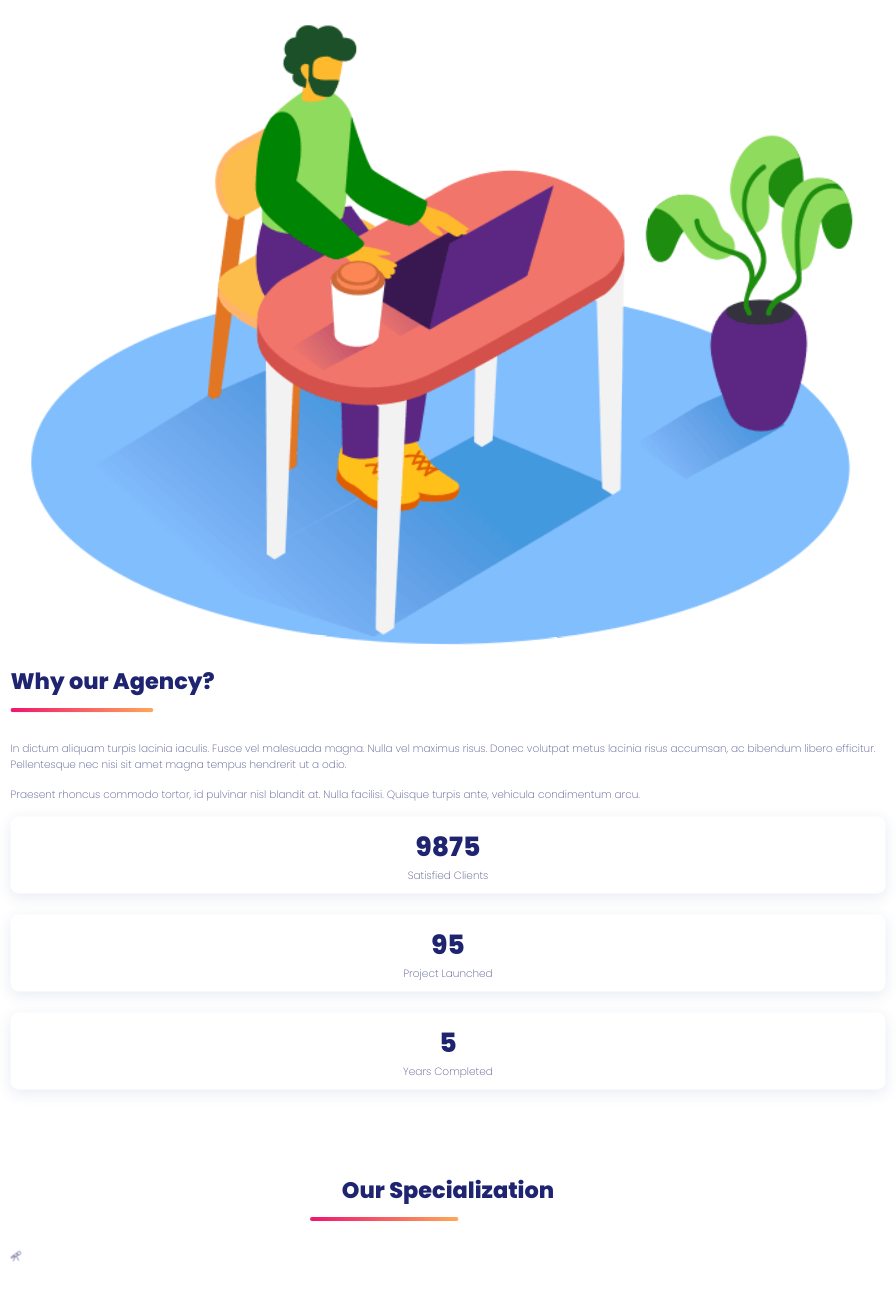
Repository: OmniaRafat232111121/agency
Page: index.html
An editor plug-in stored every save of this project. The page is shown before and after a run of saves, followed by the edit.
The browser window is 1280 px wide. The pictures show the part of the page from y = 1468 to 3388 px (the page is 3338 px tall before and 3388 px after), at 70% of full size.

Above is the page before, as saved 2022-10-28 23:23:27.

### index.html
<!DOCTYPE html>
<html lang="en">
<head>
    <meta charset="UTF-8">
    <meta http-equiv="X-UA-Compatible" content="IE=edge">
    <meta name="viewport" content="width=device-width, initial-scale=1.0">
    <title>Desinic</title>
    <!--Googlefont-->
    <link rel="preconnect" href="https://fonts.googleapis.com">
<link rel="preconnect" href="https://fonts.gstatic.com" crossorigin>
<link href="https://fonts.googleapis.com/css2?family=Be+Vietnam+Pro:wght@100&family=Montserrat:wght@400;700&family=Nunito:wght@300&family=Poppins:ital,wght@0,200;0,800;0,900;1,100;1,200&family=Source+Sans+Pro:ital,wght@0,700;1,600&family=Ubuntu:ital,wght@0,300;1,300&display=swap" rel="stylesheet">
    <!--css-->
<link rel="stylesheet" href="./assets/css/style.css">
</head>
<body>
   <!--header-->
   <header class="header active">
    <div class="container">
        <div class="overlay" data-overlay></div>
        <a href="#">
            <h1 class="logo">Desinic</h1>

        </a>
        <!--navbar-->
        <nav class="navbar" data-navbar>

        <div class="navbar-top">
        <a  href="#" class="logo">Desinic</a>
        <button class="nav-close-btn" aria-label="Close Menu" data-nav-close-btn>
           <ion-icon name="close-outline"></ion-icon>
        </button>

        </div>

            <ul class="navbar-list">
                <li class="navbar-item">
                    <a href="#home" class="navbar-link" data-navbar-link>Home</a>
                </li>
                <li class="navbar-item">
                    <a href="#about" class="navbar-link"data-navbar-link>About</a>
                </li>
                <li class="navbar-item">
                    <a href="#services" class="navbar-link"data-navbar-link>Services</a>
                </li>
                <li class="navbar-item">
                    <a href="#features" class="navbar-link"data-navbar-link>Features</a>
                </li>
                <li class="navbar-item">
                    <a href="#blog" class="navbar-link"data-navbar-link>Blog</a>
                </li>
                <li class="navbar-item">
                    <a href="#contact" class="navbar-link"data-navbar-link>Contact us</a>
                </li>
            </ul>

        </nav>


            <a class="btn">
 <ion-icon name="chevron-forward-outline" aria-hidden="true"></ion-icon>
    <span>Get A Quote</span>
            </a>

            <button class="nav-btn-open" aria-label="Open Menu" data-nav-open-btn>
                <ion-icon name="menu-outline"></ion-icon>
            </button>


    </div>

   </header>
<main>
    <article>
        <!--Hero-->
        <section class="hero" id="home">
            <div class="container">

              <div class="hero-content">

                <p class="hero-subtitle">We Are Product Designer From UK</p>

                <h2 class="h2 hero-title">We Design Interfaces That Users Love</h2>

                <p class="hero-text">
                  Morbi sed lacus nec risus finibus feugiat et fermentum nibh. Pellentesque vitae ante at elit fringilla ac
                  at purus.
                </p>

                <button class="button">Learn More</button>

              </div>

              <figure class="hero-banner">
                <img src="./assets/images/hero-banner.png" width="694" height="529" loading="lazy" alt="hero-banner"
                  class="w-100 banner-animation">
              </figure>

            </div>
          </section>
        <!--about-->
        <section class="section about" id="about">
            <div class="container">
                <figure>
                    <img src="./assets/images/about-banner.png" class="w-100 banner-animation" width="700" height="532" alt="aboutbanner" srcset="">
                </figure>
                <div class="about-content">
                     <h2 class=" h2 section-title underline">Why our Agency?</h2>
                     <p class="about-text">
                        In dictum aliquam turpis lacinia iaculis. Fusce vel malesuada magna. Nulla vel maximus risus. Donec
                        volutpat metus
                        lacinia risus accumsan, ac bibendum libero efficitur. Pellentesque nec nisi sit amet magna tempus
                        hendrerit ut a odio.
                      </p>

                      <p class="about-text">
                        Praesent rhoncus commodo tortor, id pulvinar nisl blandit at. Nulla facilisi. Quisque turpis ante,
                        vehicula condimentum
                        arcu.
                      </p>
                      <ul class="stats-list">
                        <li class="stats-card">
                            <p class="h3 stats-title">9875</p>
                            <p class="stats-text">Satisfied Clients</p>
                        </li>
                        <li class="stats-card">
                            <p class="h3 stats-title">95</p>
                            <p class="stats-text">Project Launched</p>
                        </li>
                        <li class="stats-card">
                            <p class="h3 stats-title">5</p>
                            <p class="stats-text">Years Completed</p>
                        </li>

                      </ul>
                    </div>

            </div>

        </section>

        <!--services-->
        <section class="section service" id="services">
          <div class="container">
            <h2 class="h2 section-title underline">Our Specialization</h2>
          <ul class="service-list">
            <li>
                <div class="card-icon">
                    <ion-icon name="telescope-outline"></ion-icon>

                </div>
            </li>

          </ul>
          </div>
        </section>

    </article>
</main>
    <!--custom js-->
    <script src="./assets/js/script.js"></script>

    <script type="module" src="https://unpkg.com/ionicons@5.5.2/dist/ionicons/ionicons.esm.js"></script>
<script nomodule src="https://unpkg.com/ionicons@5.5.2/dist/ionicons/ionicons.js"></script>
</body>
</html>

### assets/css/style.css
:root{
  /**colors**/
  --st-patricks-blue: hsl(236, 57%, 28%);
--amaranth-purple: hsl(335, 88%, 38%);
--royal-blue-dark: hsl(231, 68%, 21%);
--chrome-yellow: hsl(39, 100%, 52%);
--space-cadet-1: hsl(230, 41%, 25%);
--space-cadet-2: hsl(230, 59%, 16%);
--winter-sky_50: hsla(335, 87%, 53%, 0.5);
--purple-navy: hsl(236, 26%, 43%);
--ksu-purple: hsl(275, 54%, 33%);
--winter-sky: hsl(335, 87%, 53%);
--razzmatazz: hsl(335, 87%, 51%);
--platinum: hsl(0, 0%, 90%);
--black_70: hsla(0, 0%, 0%, 0.7);
--rajah: hsl(29, 99%, 67%);
--white: hsl(0, 0%, 100%);

--gradient-1: linear-gradient(90deg,var(--royal-blue-dark) 0,var(--ksu-purple) 51%,var(--royal-blue-dark));
--gradient-2: linear-gradient(90deg,var(--razzmatazz) ,var(--rajah))

/*font*/
--ff-source-sans-pro: 'Source Sans Pro', sans-serif;
--ff-poppins: 'Poppins', sans-serif;

--fs-1: 4.2rem;
--fs-2: 3.8rem;
--fs-3: 3.2rem;
--fs-4: 2.5rem;
--fs-5: 2.4rem;
--fs-6: 2rem;
--fs-7: 1.8rem;
--fs-8: 1.5rem;

--fw-500: 500;
--fw-600: 600;
--fw-700: 700;

/*Border-radius*/
--radius-4: 4px;
--radius-12: 12px;
/*spacig*/
--section-padding: 60px;


/*transation*/
--transition-1: 0.15s ease;
--transition-2: 0.35s ease;
--cubic-in: cubic-bezier(0.51, 0.03, 0.64, 0.28);
--cubic-out: cubic-bezier(0.33, 0.85, 0.56, 1.02);
 /*shadow*/
 --shadow: 0 5px 20px 1px hsla(220, 63%, 33%, 0.1);

}
/*__________________________________________*\
#Reset
/*__________________________________________*/
*,
*::before,
*::after{
margin:0;
padding:0;
box-sizing: border-box;
}
li{list-style: none;}
a{text-decoration:none;}
a,
img,
input,
button,
io-icon{
display:block;
}
button,input{
  background: none;
  border:none;
  font:inherit;
}
button{
  cursor: pointer;
}
input{
  width: 100%;
}
io-icon{
  pointer-events:none;
}
img{
  height:auto;
}
address{
  font-style: normal;
}
html{
  font-family: var(--ff-poppins);
  font-size: 10px;
  scroll-behavior: smooth;
}
body{
  background: white;
  color:var(--purple-navy);
  font-size: 1.6rem;
}
/*width*/
::-webkit-scrollbar{
  width: 10px;
}
/*track*/
::-webkit-scrollbar-track{
   background-color: hsl(0,0%,95%);
}
/*handle*/
::-webkit-scrollbar-thum{
   background-color: hsl(0,0%,80%);
}
/*hover*/
::-webkit-scrollbar-thumb:hover{
   background-color: hsl(0,0%,70%);
}
/*__________________________________________*\
#Reuse
/*__________________________________________*/
.container{
  padding-inline:15px;
}
.h2,
.h3 { font-family: var(--ff-source-sans-pro); }
.button {
  background:linear-gradient(90deg,var(--razzmatazz) ,var(--rajah));
  background-size: 200%;
  color: var(--white);
  padding: 12px 35px;
  font-size: var(--fs-8);
  font-weight: var(--fw-500);
  border-radius: 0 25px;
  transition: var(--transition-2);
  -webkit-transition: var(--transition-2);
  -moz-transition: var(--transition-2);
  -ms-transition: var(--transition-2);
  -o-transition: var(--transition-2);
  -webkit-border-radius:;
  -moz-border-radius:;
  -ms-border-radius:;
  -o-border-radius:;
}
.button:is(:hover, :focus) { background-position: right; }
.w-100 { width: 100%; }
.banner-animation { animation: waveAnim 2s linear infinite alternate; }
@keyframes waveAnim {
  0% { transform: translate(0, 0) rotate(0); -webkit-transform: translate(0, 0) rotate(0); -moz-transform: translate(0, 0) rotate(0); -ms-transform: translate(0, 0) rotate(0); -o-transform: translate(0, 0) rotate(0); }
  100% { transform: translate(2px, 2px) rotate(1deg); }
}

.section { padding-block: var(--section-padding); }
.section-title {
  color: var(--st-patricks-blue);
  font-size: var(--fs-3);
  margin-block-end: 60px;
  max-width: max-content;
  margin-inline: auto;
}
.underline{
  position: relative;
}
.underline::before{
  content:"";
  position:absolute;
  left:20%;
  bottom:-20px;
  width: 70%;
  transform: translateX(-50%);
  height: 6px;
  border-radius: 10px;
  background:linear-gradient(90deg,var(--razzmatazz) ,var(--rajah));
}


/*__________________________________________*\
#header
/*__________________________________________*/

/*-----------------------------------*\
  #HEADER
\*-----------------------------------*/

.header .btn { display: none; }

.header {
  --color: var(--white);

  position: absolute;
  top: 0;
  left: 0;
  width: 100%;
  padding-block: 14px;
  z-index: 4;
  transition: var(--transition-1);
}

.header.active {
  --color: var(--st-patricks-blue);

  position: fixed;
  background-color: var(--white);
  box-shadow: 0 2px 30px hsla(0, 0%, 0%, 0.1);
}

.header .container {
  display: flex;
  justify-content: space-between;
  align-items: center;
  gap: 30px;
}

.logo {
  color: var(--color);
  font-family: var(--ff-source-sans-pro);
  font-size: var(--fs-3);
}

.nav-open-btn {
  color: var(--color);
  font-size: 32px;
  padding: 4px;
}

.navbar {
  background-color: var(--white);
  position: fixed;
  top: 0;
  left: -280px;
  width: 100%;
  max-width: 280px;
  min-height: 100%;
  padding: 20px;
  visibility: hidden;
  z-index: 2;
  transition: 0.25s var(--cubic-in);
}

.navbar.active {
  transform: translateX(280px);
  visibility: visible;
  transition: 0.5s var(--cubic-out);
  -webkit-transition: 0.5s var(--cubic-out);
  -moz-transition: 0.5s var(--cubic-out);
  -ms-transition: 0.5s var(--cubic-out);
  -o-transition: 0.5s var(--cubic-out);
  -webkit-transform: translateX(280px);
  -moz-transform: translateX(280px);
  -ms-transform: translateX(280px);
  -o-transform: translateX(280px);
}

.navbar-top {
  display: flex;
  justify-content: space-between;
  align-items: center;
  padding-block: 10px 30px;
}

.navbar-top .logo {
  color: var(--st-patricks-blue);
  font-size: 4.2rem;
  font-weight: var(--fw-700);
}

.nav-close-btn {
  color: var(--space-cadet-1);
  font-size: 2.8rem;
  padding: 4px;
}

.navbar-item:not(:last-child) { border-bottom: 1px solid var(--platinum); }

.navbar-link {
  color: var(--space-cadet-1);
  font-size: var(--fs-8);
  font-weight: var(--fw-600);
  padding-block: 12px;
}

.overlay {
  position: fixed;
  inset: 0;
  background-color: var(--black_70);
  z-index: 1;
  opacity: 0;
  pointer-events: none;
  transition: var(--transition-2);
  -webkit-transition: var(--transition-2);
  -moz-transition: var(--transition-2);
  -ms-transition: var(--transition-2);
  -o-transition: var(--transition-2);
}

.overlay.active {
  opacity: 1;
  pointer-events: all;
}





/*-----------------------------------*\
  #HERO
\*-----------------------------------*/

.hero {
  background-image: url("../images/hero-bg-bottom.png"),
                    url("../images/hero-bg.png"),
                    var(--gradient-1);
  background-repeat: no-repeat, no-repeat, no-repeat;
  background-position: -280px bottom, center, center;
  background-size: auto, cover, auto;
  padding-block-start: 120px;
  padding-block-end: var(--section-padding);
}

.hero-content { margin-block-end: 50px; }

.hero-subtitle {
  color: var(--chrome-yellow);
  font-family: var(--ff-source-sans-pro);
  font-size: var(--fs-7);
  margin-block-end: 15px;
}

.hero-title {
  color: var(--white);
  font-size: var(--fs-1);
  margin-block-end: 20px;
}

.hero-text {
  color: var(--white);
  font-size: var(--fs-8);
  margin-block-end: 30px;
}
/*-----------------------------------*\
  #ABOUT
\*-----------------------------------*/
.about-banner { margin-block-end: 30px; }

.about .section-title { margin-inline: 0; }

.about .underline::before {
  left: 0;
  transform: translateX(0);
  -webkit-transform: translateX(0);
  -moz-transform: translateX(0);
  -ms-transform: translateX(0);
  -o-transform: translateX(0);
}

.about-text {
  font-size: var(--fs-8);
  margin-block-end: 20px;
}

.stats-list {
  display: grid;
  gap: 30px;
}

.stats-card {
  text-align: center;
  padding: 15px;;
  box-shadow: var(--shadow);
  border-radius: var(--radius-12);
}

.stats-title {
  color: var(--st-patricks-blue);
  font-size: var(--fs-2);
  font-weight: var(--fw-700);
}

.stats-text { font-size: var(--fs-8); }

### assets/js/script.js

/*navbar toggle*/
const navOpenBtn = document.querySelector("[data-nav-open-btn]");
const navbar = document.querySelector("[data-navbar]");
const navCloseBtn = document.querySelector("[data-nav-close-btn]");
const overlay = document.querySelector("[data-overlay]");

const elemArr = [navCloseBtn, overlay, navOpenBtn];

for (let i = 0; i < elemArr.length; i++) {
  elemArr[i].addEventListener("click", function () {
    navbar.classList.toggle("active");
    overlay.classList.toggle("active");
  });
}

/*navbarLinks**/
let navLinks=document.querySelectorAll('[data-navbar-link]');
for(let i=0;i<navLinks.length;i++){
    navLinks[i].addEventListener("click",function(){
        navbar.classList.toggle("active");
        overlay.classList.toggle("active");
    });
}

After the next 3 saves:
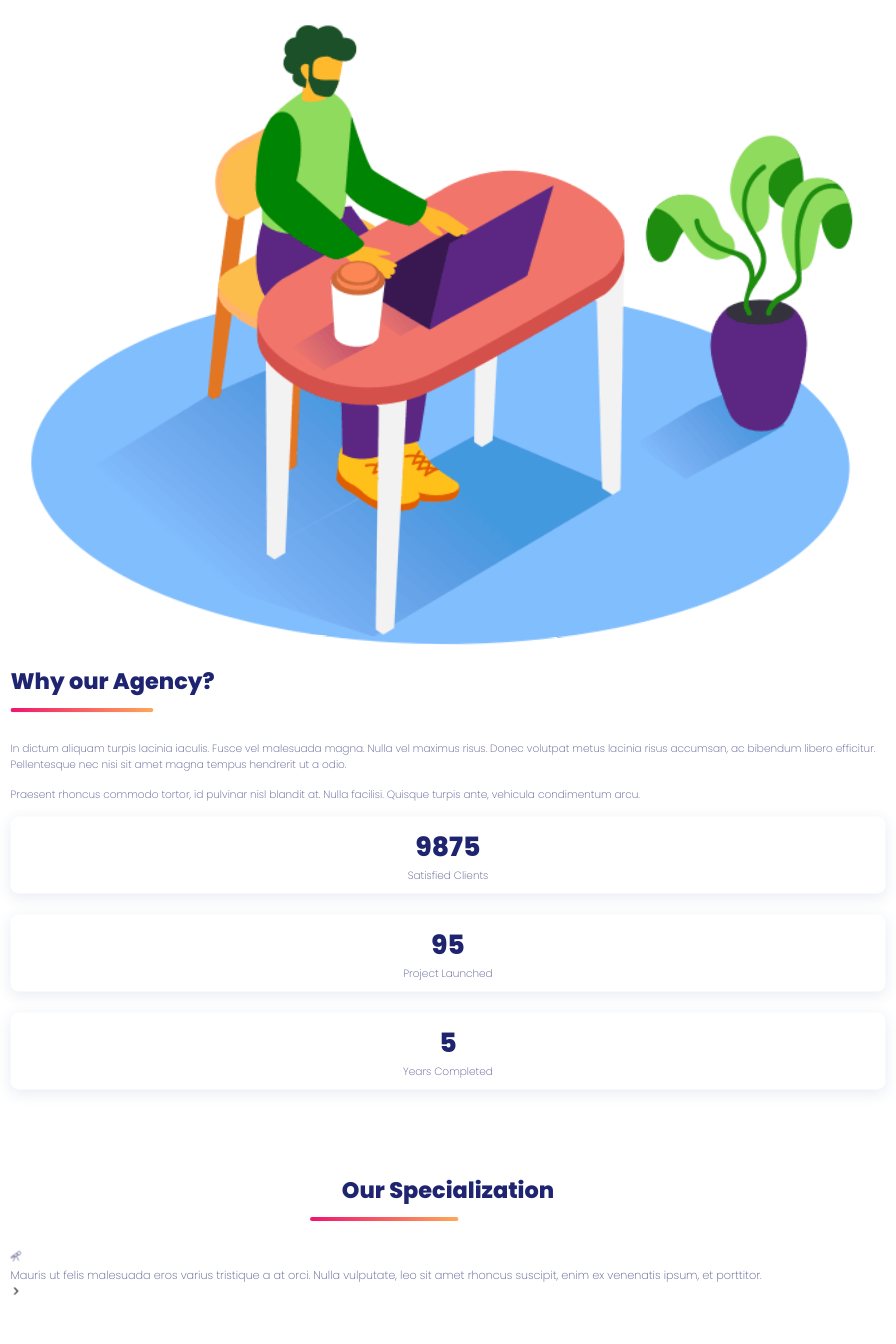
The 3 saves are shown as one change because they came seconds apart.
The last was saved 28 s later.
--- a/index.html
+++ b/index.html
@@ -148,6 +148,16 @@
                     <ion-icon name="telescope-outline"></ion-icon>
 
                 </div>
+                <p class="text">
+                    Mauris ut felis malesuada eros varius tristique a at orci. Nulla vulputate, leo sit amet rhoncus
+                    suscipit, enim ex
+                    venenatis ipsum, et porttitor.
+                  </p>
+
+                  <button class="card-btn" aria-label="Show More">
+                    <ion-icon name="chevron-forward-outline"></ion-icon>
+                  </button>
+
             </li>
 
           </ul>
